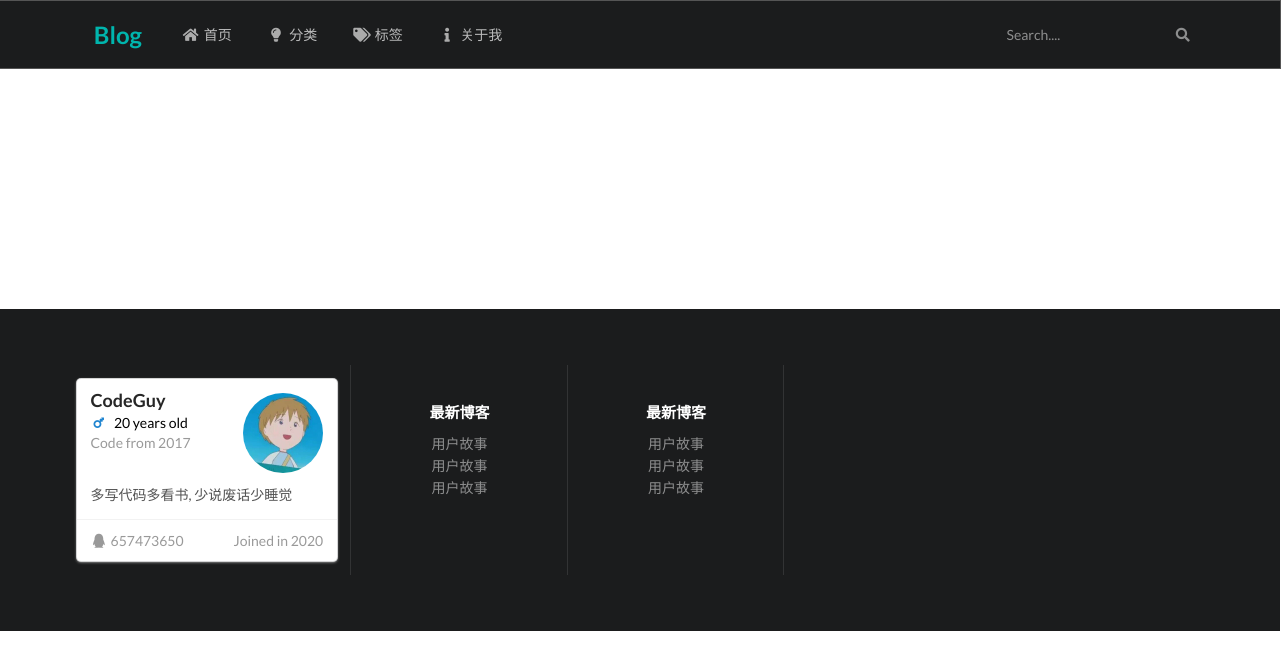
Repository: GOGOHQ/myblog
Page: index.html
The author's editor kept a copy of each file at every save. The page is drawn from the files as they stood at one save, then again after the next save.
The browser window is 1280 px wide. The page is 1281 px wide, so the pictures cover 1281 px, including what lies to the right of the window. The pictures show the whole page.
Some web libraries are served in a nearby version.

Above is the page before, as saved 2020-01-16 15:55:32.

### index.html
<!DOCTYPE html>
<html lang="en">

<head>
    <meta charset="UTF-8">
    <meta name="viewport" content="width=device-width, inital-scale=1.0">
    <title>首页</title>
    <link rel="stylesheet" href="static/css/me.css">
    <link rel="stylesheet" href="https://cdn.jsdelivr.net/semantic-ui/2.2.4/semantic.min.css">
    <script src="https://cdn.jsdelivr.net/npm/jquery@3.2/dist/jqurey.min.js"></script>
    <script src="https://cdn.jsdelivr.net/semantic-ui/2.2.4/semantic.min.js"></script>
</head>

<body>
<!-- 导航 -->
<nav class="ui inverted  attached  segment m-padded-tb-mini">
    <div class="ui container">
        <div class="ui secondary inverted menu">
            <h2 class="ui teal header item">Blog</h2>
            <a href="#" class="item"><i class="home icon"></i>首页</a>
            <a href="#" class="item"><i class="idea icon"></i>分类</a>
            <a href="#" class="item"><i class="tags icon"></i>标签</a>
            <a href="#" class="item"><i class="info icon"></i>关于我</a>
            <div class="right item">
                <div class="ui icon  inverted transparent input">
                    <input type="text" placeholder="Search....">
                    <i class="search link icon"></i>
                </div>
            </div>
        </div>
    </div>
</nav>
<!-- 内容 -->
<div>
    <br> <br> <br> <br> <br> <br> <br> <br> <br> <br> <br> <br>
</div>
<!-- 底部 -->
<footer class="ui inverted vertical segment m-padded-tb-massive">
    <div class="ui container">
        <div class="ui inverted divided grid">
            <div class="four wide column">

                <div class="ui card">
                    <div class="content">
                        <img class="right circular floated tiny ui image" src="static/images/avatar.jpg">
                        <div class="header">
                            CodeGuy
                        </div>
                        <div class="meta">
                            <i class="icon blue mars stroke"></i>
                            <text style="color:black;">20 years old</text>
                        </div>
                        <div class="meta">
                            Code from 2017
                        </div>
                        <div class="description">
                            多写代码多看书, 少说废话少睡觉
                        </div>
                    </div>
                    <div class="extra content">
                        <a>
                            <i class="qq icon"></i>657473650
                        </a>
                        <span class="right floated">
                                    Joined in 2020
                                  </span>
                    </div>
                </div>

            </div>
            <div class="center aligned three wide column m-padded-t-middle">
                <h4 class="ui inverted header">最新博客</h4>
                <div class="ui inverted link list">
                    <a href="#" class="item">用户故事</a>
                    <a href="#" class="item">用户故事</a>
                    <a href="#" class="item">用户故事</a>
                </div>
            </div>
            <div class="center aligned three wide column m-padded-t-middle">
                <h4 class="ui inverted header">最新博客</h4>
                <div class="ui inverted link list">
                    <a href="#" class="item">用户故事</a>
                    <a href="#" class="item">用户故事</a>
                    <a href="#" class="item">用户故事</a>
                </div>
            </div>
            <div class="six wide column"></div>
        </div>
    </div>
</footer>
</body>


</html>

### static/css/me.css
.m-padded-tb-mini {
    padding-top: 0.2em !important;
    padding-bottom: 0.2em !important;
}

.m-padded-t-middle {
    padding-top: 40px !important
}

.m-padded-tb-massive {
    padding-top: 5em !important;
    padding-bottom: 5em !important;
}

After the next save:
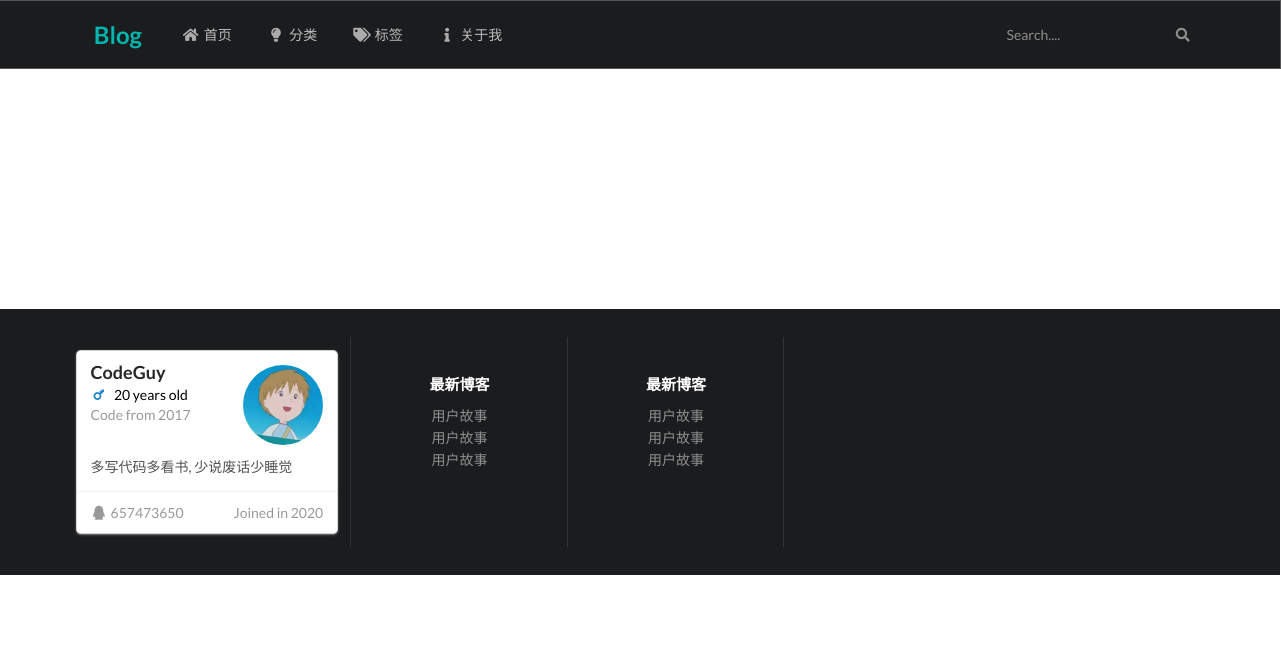
Saved 30 s later.
--- a/static/css/me.css
+++ b/static/css/me.css
@@ -8,6 +8,6 @@
 }
 
 .m-padded-tb-massive {
-    padding-top: 5em !important;
-    padding-bottom: 5em !important;
+    padding-top: 3em !important;
+    padding-bottom: 3em !important;
 }
